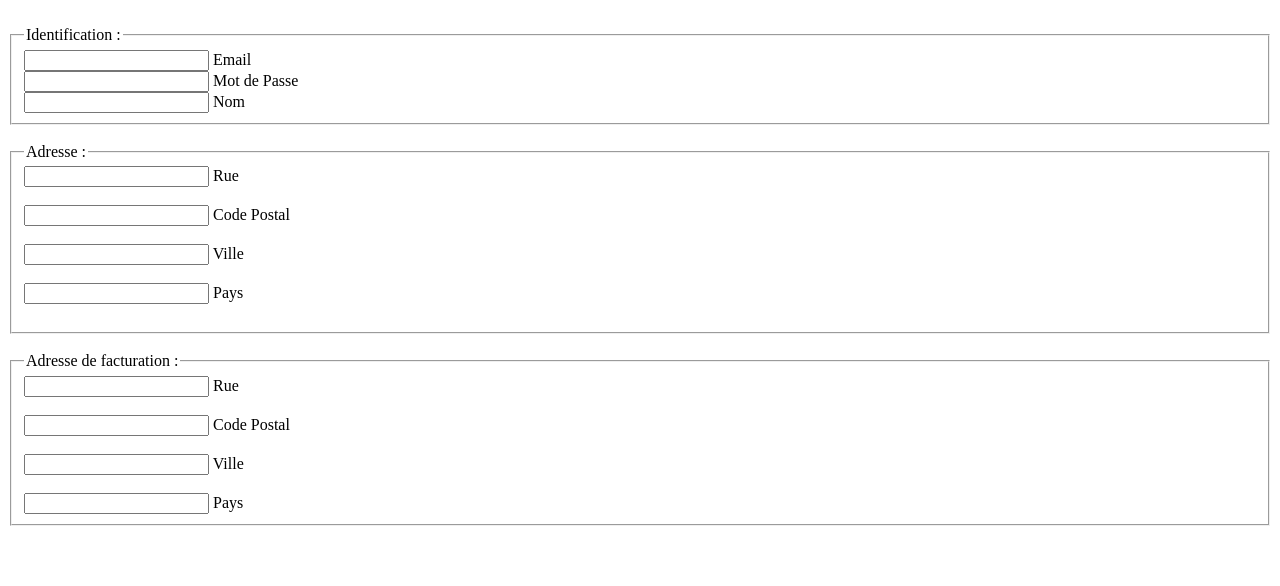
Repository: Tanox2450/ProjetFinalFrontWeb
Page: http://localhost/BoVoyageFrontOffice/fragments/formulaire.jsp
An editor plug-in stored every save of this project. The page is shown before and after a run of saves, followed by the edit.
The browser window is 1280 px wide. The pictures show the whole page.
The page is served by Tomcat 9.

Above is the page before, as saved 2015-08-24 13:06:22.

After the next 2 saves:
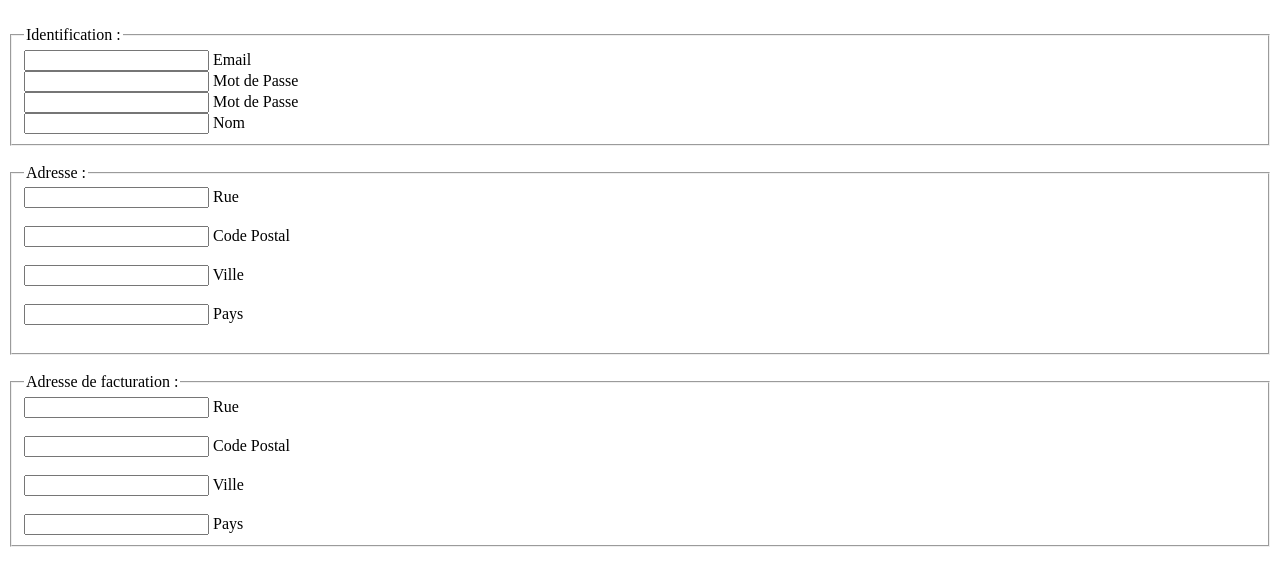
The 2 saves are shown as one change because they came seconds apart.
The last was saved 2 min 16 s later.
--- a/BoVoyageFrontOffice/WebContent/fragments/formulaire.jsp
+++ b/BoVoyageFrontOffice/WebContent/fragments/formulaire.jsp
@@ -15,6 +15,12 @@
 				class="mdl-textfield mdl-js-textfield mdl-textfield--floating-label">
 				<input class="mdl-textfield__input" type="text" name="email"
 					id="email" /> <label class="mdl-textfield__label" for="email">Email</label>
+			</div>
+			<div
+				class="mdl-textfield mdl-js-textfield mdl-textfield--floating-label">
+				<input class="mdl-textfield__input" type="password" name="password"
+					id="password" /> <label class="mdl-textfield__label"
+					for="password">Mot de Passe</label>
 			</div>
 			<div
 				class="mdl-textfield mdl-js-textfield mdl-textfield--floating-label">
@@ -63,26 +69,30 @@
 			<div
 				class="mdl-textfield mdl-js-textfield mdl-textfield--floating-label">
 				<input class="mdl-textfield__input" type="text" name="streetFact"
-					id="streetFact" /> <label class="mdl-textfield__label" for="streetFact">Rue</label>
+					id="streetFact" /> <label class="mdl-textfield__label"
+					for="streetFact">Rue</label>
 			</div>
 			<br />
 			<div
 				class="mdl-textfield mdl-js-textfield mdl-textfield--floating-label">
-				<input class="mdl-textfield__input" type="text" name="postalCodeFact"
-					id="postalCodeFact" /> <label class="mdl-textfield__label"
-					for="postalCodeFact">Code Postal</label>
+				<input class="mdl-textfield__input" type="text"
+					name="postalCodeFact" id="postalCodeFact" /> <label
+					class="mdl-textfield__label" for="postalCodeFact">Code
+					Postal</label>
 			</div>
 			<br />
 			<div
 				class="mdl-textfield mdl-js-textfield mdl-textfield--floating-label">
 				<input class="mdl-textfield__input" type="text" name="cityFact"
-					id="cityFact" /> <label class="mdl-textfield__label" for="cityFact">Ville</label>
+					id="cityFact" /> <label class="mdl-textfield__label"
+					for="cityFact">Ville</label>
 			</div>
 			<br />
 			<div
 				class="mdl-textfield mdl-js-textfield mdl-textfield--floating-label">
 				<input class="mdl-textfield__input" type="text" name="countryFact"
-					id="countryFact" /> <label class="mdl-textfield__label" for="countryFact">Pays</label>
+					id="countryFact" /> <label class="mdl-textfield__label"
+					for="countryFact">Pays</label>
 			</div>
 		</fieldset>
 	</form>
